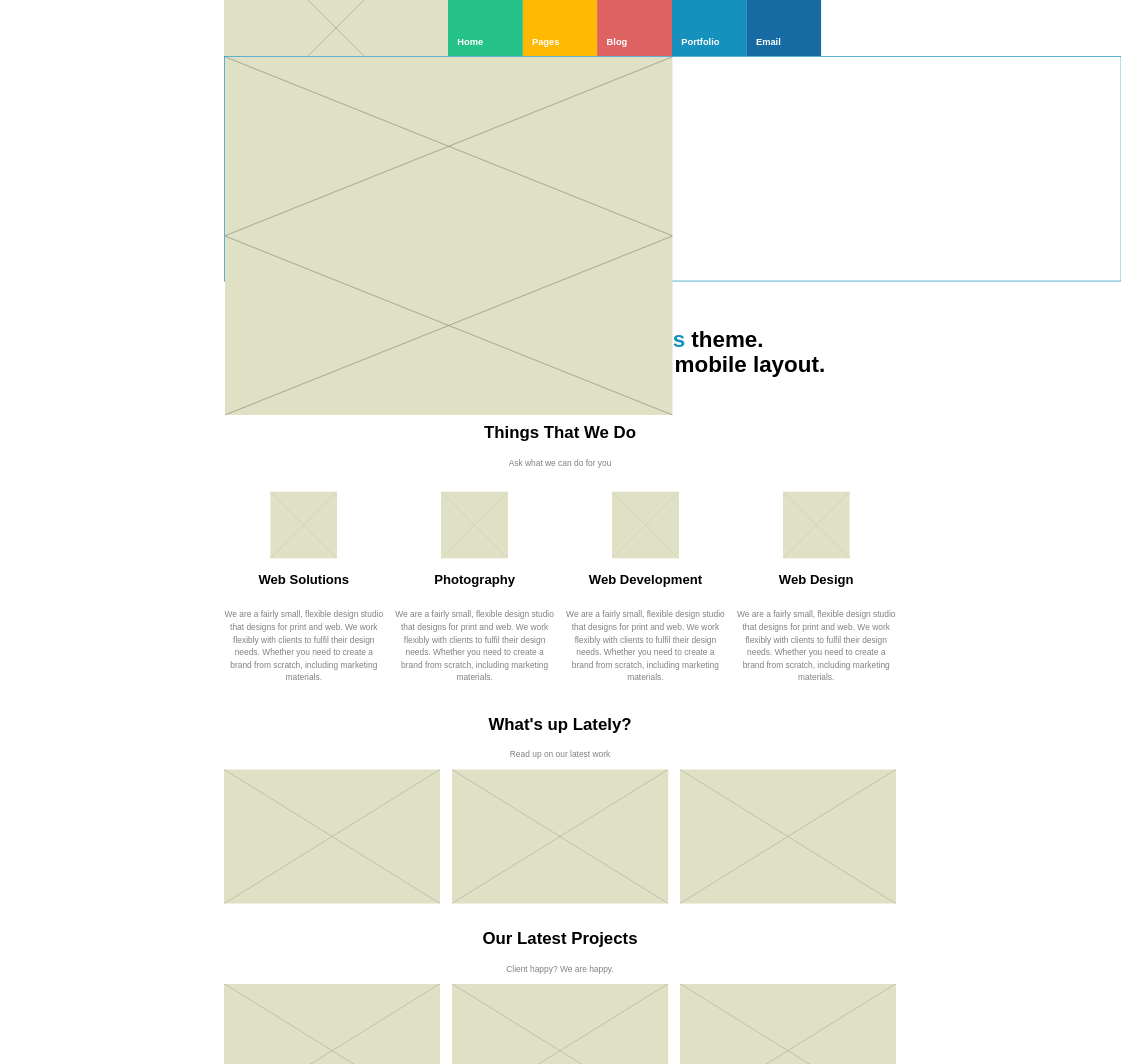
Repository: pjiang604/mdia2003-lab03b
Page: index.html
An editor plug-in stored every save of this project. The page is shown before and after the next save, followed by the edit.
The browser window is 1280 px wide. The page is 1602 px wide, then 1290 px, so the pictures cover 1602 px, including what lies to the right of the window. The pictures show the part of the page from y = 0 to 1520 px (the page is 2722 px tall before and 2730 px after), at 70% of full size.

Above is the page before, as saved 2023-01-31 20:46:57.

### index.html
<!DOCTYPE html>
<html lang="en">

<head>
    <meta charset="UTF-8">
    <meta http-equiv="X-UA-Compatible" content="IE=edge">
    <meta name="viewport" content="width=device-width, initial-scale=1.0">
    <title>Metrolics</title>
    <link rel="stylesheet" href="style.css">
    <link rel="preconnect" href="https://fonts.google.com/specimen/Ubuntu?query=ubuntu">
</head>

<body>
    <nav>
        <div class="nav row l-col-6-1 m-col-6-1 s-col-2-2">
            <div class="col">
                <img src="img/placeholder.svg" alt="logo" class="logo">
            </div>
            <a href="/">
                <div class="col hide navTab homeTab">
                    <h5>Home</h5>
                </div>
            </a>
            <a href="/">
                <div class="col hide navTab pagesTab">
                    <h5> Pages</h5>
                </div>
            </a>
            <a href="/">
                <div class="col hide navTab blogTab">
                    <h5>Blog</h5>
                </div>
            </a>
            <a href="/">
                <div class="col hide navTab portfolioTab">
                    <h5>Portfolio</h5>
                </div>
            </a>
            <a href="/">
                <div class="col hide navTab emailTab">
                    <h5>Email</h5>
                </div>
            </a>
            <div class="col hamburger">
                <p>[HAM MENU]</p>
            </div>
        </div>
    </nav>

    <div class="carousel hide">
        <div class="carouselSlides">
            <img class="carouselPicture" src="img/placeholder.svg">
        </div>
        <div class="carouselSlides">
            <img class="carouselPicture" src="img/placeholder.svg">
        </div>
    </div>

    <main>
    <div class="tagLine">
        <h1>Hey guys! This is the <span class="metroColor">Metrolics</span> theme.<br> It sports a responsive layout
            with a mobile layout.</h1>
    </div>

    <div class="services-section">
        <div class="col headerMargin">
            <h2>Things That We Do</h2>
            <p>Ask what we can do for you</p>
        </div>
        <div class="row l-col-4-1 m-col-2-1 s-col-1-4">
            <div class="col card">
                <img src="img/placeholder.svg" class="serviceImg" alt="">
                <h3>Web Solutions</h3>
                <p>We are a fairly small, flexible design studio that designs for print and web. We work flexibly with
                    clients to fulfil their design needs. Whether you need to create a brand from scratch, including
                    marketing materials.</p>
            </div>
            <div class="col card">
                <img src="img/placeholder.svg" class="serviceImg" alt="">
                <h3>Photography</h3>
                <p>We are a fairly small, flexible design studio that designs for print and web. We work flexibly with
                    clients to fulfil their design needs. Whether you need to create a brand from scratch, including
                    marketing materials.</p>

            </div>
            <div class="col card">
                <img src="img/placeholder.svg" class="serviceImg" alt="">
                <h3>Web Development</h3>
                <p>We are a fairly small, flexible design studio that designs for print and web. We work flexibly with
                    clients to fulfil their design needs. Whether you need to create a brand from scratch, including
                    marketing materials.</p>
            </div>
            <div class="col card">
                <img src="img/placeholder.svg" class="serviceImg" alt="">
                <h3>Web Design</h3>
                <p>We are a fairly small, flexible design studio that designs for print and web. We work flexibly with
                    clients to fulfil their design needs. Whether you need to create a brand from scratch, including
                    marketing materials.</p>
            </div>
        </div>
    </div>
    <div class="recent-news headerMargin">
        <div class="col">
            <h2>What's up Lately?</h2>
            <p>Read up on our latest work</p>
        </div>
        <div class="row l-col-3-1 m-col-2-1 s-col-1-4">
            <div class="col">
                <img src="img/placeholder.svg" class="image-post" alt="">
            </div>
            <div class="col">
                <img src="img/placeholder.svg" class="image-post" alt="">
            </div>
            <div class="col">
                <img src="img/placeholder.svg" class="image-post" alt="">
            </div>
            <div class="hidden-photo">
                <img src="img/placeholder.svg" class="image-post" alt="">
            </div>
        </div>
    </div>
    <div class="latest-projects-section headerMargin">
        <div class="col">
            <h2>Our Latest Projects</h2>
            <p>Client happy? We are happy.</p>
        </div>
        <div class="row l-col-3-1 m-col-2-1 s-col-1-1">
            <div class="col">
                <img src="img/placeholder.svg" class="image-post" alt="">
            </div>
            <div class="col">
                <img src="img/placeholder.svg" class="image-post" alt="">
            </div>
            <div class="col">
                <img src="img/placeholder.svg" class="image-post" alt="">
            </div>
            <div class="col">
                <img src="img/placeholder.svg" class="image-post" alt="">
            </div>
            <div class="col">
                <img src="img/placeholder.svg" class="image-post" alt="">
            </div>
            <div class="col">
                <img src="img/placeholder.svg" class="image-post" alt="">
            </div>
        </div>
    </div>

    <div class="col headerMargin">
        <h2>Things of Above</h2>
        <p>Misc stuff we could not put anyplace else</p>
    </div>
    <div class="row accordion l-col-2-1 m-col-1-2 s-col-1-1">
        <div class="col">
            <p>[ACCORDION HERE]</p>
        </div>
        <div class="col">
            <p>[TABS HERE]</p>
        </div>
    </div>



    <div class="row companies l-col-5-1 m-col-5-1">
        <div class="col">
            <img src="img/placeholder.svg" class="comp-logo" alt="">
        </div>
        <div class="col">
            <img src="img/placeholder.svg" class="comp-logo" alt="">
        </div>
        <div class="col">
            <img src="img/placeholder.svg" class="comp-logo" alt="">
        </div>
        <div class="col">
            <img src="img/placeholder.svg" class="comp-logo" alt="">
        </div>
        <div class="col">
            <img src="img/placeholder.svg" class="comp-logo" alt="">
        </div>
    </div>
</main>

    <footer>

        <div class="row l-col-2-4 m-col-2-4 s-col-2-1 author">
            <div class="col">
                <img src="img/placeholder.svg" class="headshot" alt="">
            </div>
            <div class="col">
                <h5>Peewee Herman</h5>
                <p>Peewee has over 10 years expeience in the industry. He is our Creative Director, digital designer,
                    web designer and front-end developer. He is also pretty good with a sketch-book. Before starting the
                    company Peewee worked as a designer and studio manager for a design house who boasted a number of
                    big name clients.</p>
            </div>
        </div>

        <div class="row l-footer-grid m-row m-footer-grid">
            <div class="col about-socials">
                <h3 class="m-row hide">About Us</h3>
                <p class="m-row hide">Lorem ipsum dolor sit amet consectetur adipisicing elit. Neque, illo! Deserunt quo
                    nostrum
                    quaerat, cum dolores aut. Recusandae voluptates, nisi a explicabo, in autem vitae eius iste
                    temporibus dolorem corporis.</p>
                <div class="row l-col-5-1 m-col-5-1 s-col-5-1">
                    <div class="col">
                        <img src="img/placeholder.svg" class="social-img" alt="">
                    </div>
                    <div class="col">
                        <img src="img/placeholder.svg" class="social-img" alt="">
                    </div>
                    <div class="col">
                        <img src="img/placeholder.svg" class="social-img" alt="">
                    </div>
                    <div class="col">
                        <img src="img/placeholder.svg" class="social-img" alt="">
                    </div>
                    <div class="col">
                        <img src="img/placeholder.svg" class="social-img" alt="">
                    </div>
                </div>
            </div>

            <div class="col flickr">
                <h3>Flickr Photos</h3>
                <div class="row l-col-3-1 m-col-3-1">
                    <div class="col">
                        <img src="img/placeholder.svg" class="flickr-img" alt="">
                    </div>
                    <div class="col">
                        <img src="img/placeholder.svg" class="flickr-img" alt="">
                    </div>
                    <div class="col">
                        <img src="img/placeholder.svg" class="flickr-img" alt="">
                    </div>
                    <div class="col">
                        <img src="img/placeholder.svg" class="flickr-img" alt="">
                    </div>
                    <div class="col">
                        <img src="img/placeholder.svg" class="flickr-img" alt="">
                    </div>
                    <div class="col">
                        <img src="img/placeholder.svg" class="flickr-img" alt="">
                    </div>
                </div>
            </div>

            <div class="row live-social m-col">
                <div>
                    <h3>Recent Tweets</h3>
                </div>
                <div>
                    <p>[TWEET TEXT]</p>
                </div>
                <div>
                    <p>[TWEET TEXT]</p>
                </div>
            </div>

            <div class="col newsletter">
                <div class="row m-col-1-1">
                    <h3>Newsletter</h3>
                    <div class="col">
                        <p>Lorem ipsum, dolor sit amet consectetur adipisicing elit. Quam, iusto provident labore quos
                            ipsa
                            voluptas.</p>
                    </div>
                    <div class="col">
                        <label for="email">Enter your Email...</label>
                        <input type="email" id="email">
                    </div>

                </div>
            </div>
        </div>

        <div class="row footer-decor">
            <div class="decor"></div>
            <div class="decor"></div>
            <div class="decor"></div>
            <div class="decor"></div>
            <div class="decor"></div>
        </div>

    </footer>

</body>



</html>

### style.css
:root {
    --green: #25c389;
    --yellow: #ffb901;
    --red: #de6262;
    --lightBlue: #1691bd;
    --darkBlue: #166ba2;
    --navy: #16242f;

}

html {
    height: 100vh;
    width: 100vw;


}

body {
    width: 60em;
    margin: 0 20em;
    box-sizing: border-box;
}


.headerMargin {
    margin: 2em 0;
}

nav,
main {
    font-family: Ubuntu, sans-serif;
    font-weight: 300;
    text-decoration: none;
    text-align: center;
}

p {
    font-size: 12px;
    color: grey;
    line-height: 1.5em;
}

a {
    text-decoration: none;
}

.row {
    display: grid;
    row-gap: 1rem;
}

.col {
    position: relative;
}

.flickr-img {
    width: 100%;
}


.social-img {
    width: 100%;
}


.footer-decor {
    grid-template-columns: 3fr 1fr 1fr 1fr 1fr 1fr;
}


/*Nav Bar*/

.nav {
    height: 5em;
}

nav h5 {
    color: white;
    position: absolute;
    bottom: 0;
    padding: 1em;
    margin: 0;
}

.logo {
    width: 100%;
    height: 5em;
    object-fit: cover;
}

.navTab {
    height: 5em;
    display: flex;
}

.homeTab {
    background-color: var(--green);
}

.pagesTab {
    background-color: var(--yellow);
}

.blogTab {
    background-color: var(--red);
}

.portfolioTab {
    background-color: var(--lightBlue);
}

.emailTab {
    background-color: var(--darkBlue);
}

.hamburger {
    display: none;
}

/*Carousel*/

.carousel {
    height: 20em;
    width:100vw;
    border: 1px solid var(--lightBlue);
    position:relative;
    justify-content:center;
}

.carouselPicture img {
    object-fit:cover;
    width: 50em;
    height: 50em;
}

.carouselPicture {
    width:50vw;
    height:20vw;
    display:flex;
    align-items:center;
}

/*Tag Line*/
.tagLine {
    margin: 4em 0;
}

.metroColor {
    color: var(--lightBlue);
}

/*Services Section*/

.serviceImg {
    height: 6em;
    width: 6em;
    object-fit: cover;
}

.card {
    display: flex;
    flex-direction: column;
    align-items: center;
}

/*Recent News*/
.image-post {
    width: 100%;
    height: 12em;
}

/*Accordion*/
.accordion {
    height: 20em;
    border: 1px solid var(--lightBlue);
}

/*Companies*/
.companies {
    column-gap: 2em;
    margin: 1em 0;
}

.comp-logo {
    width: 100%;
    height: 4em;
    object-fit: cover;
}

/*FOOTER*/

footer {
    background: var(--navy);
    color: white;
    font-family: Ubuntu, sans-serif;
    font-weight: 300;
    text-decoration: none;
    width: 100%;
}


footer p {
    color: white;
}

.headshot {
    width: 4em;
    height: 4em;
    object-fit: cover;
    border-radius: 100%;
}

/** small/mobile version */
@media screen and (max-width:29.9375em) {
    .row {
        max-width: 70em;
        column-gap: .5rem;
        row-gap: 1.5rem;
        margin: 0 auto;

    }

    .hide,
    .flickr,
    .newsletter,
    .companies {
        display: none;
    }

    .hamburger {
        display: contents;
    }

    .s-col-1-4 {
        grid-template-columns: 4fr;
    }

    .s-col-2-2 {
        grid-template-columns: repeat(2, 2fr);
    }

    .s-col-1-1 {
        grid-template-columns: 1fr;
    }

    .s-col-5-1 {
        grid-template-columns: repeat(5, 1fr);
    }

    .s-col-2-1 {
        grid-template-columns: repeat(2, 1fr);
    }

    .footer-grid {
        display: none;
    }

    .hidden-photo {
        display: content;
        background-color: orange;
    }

    .accordion {
        display: none;
    }
}

/** medium and up. applicable for both tablet and mobile version */
@media screen and (max-width:30em) {
    .carousel {
        display: none;
    }

    .image-post.hide {
        display: contents;
    }

    .hidden-photo {
        display: content;
        background-color: orange;
    }

}

/** medium only */
@media screen and (min-width:40em) and (max-width:63.9375em) {

    .hide {
        display: contents;
    }

    .m-footer-grid {
        grid-template-columns: repeat(2, 1fr);
    }

    .m-row {
        display: grid;
        row-gap: 1rem;
    }

    .m-col {
        position: relative;
    }

    .m-col-6-1 {
        grid-template-columns: 3fr 1fr 1fr 1fr 1fr 1fr;
    }

    .m-col-2-1 {
        grid-template-columns: repeat(2, 1fr);
        column-gap: 1rem;
    }

    .m-col-5-1 {
        grid-template-columns: repeat(5, 1fr);
        column-gap: 1rem;
    }

    .m-col-2-4 {
        grid-template-columns: 1fr 4fr;
    }

    .m-col-3-1 {
        grid-template-columns: repeat(3, 1fr);
        column-gap: 1rem;
    }

    .m-col-1-1 {
        grid-template-columns: 1fr
    }

    .m-col-1-2 {
        grid-template-columns: repeat(1, 2fr);
    }

    .hidden-photo {
        display: content;
        background-color: orange;
    }

}

/** large only */
@media screen and (min-width:64em) {

    .l-col-6-1 {
        grid-template-columns: 3fr 1fr 1fr 1fr 1fr 1fr 1fr;
    }

    .l-col-4-1 {
        grid-template-columns: repeat(4, 1fr);
        column-gap: 1rem;
    }

    .l-col-3-1 {
        grid-template-columns: repeat(3, 1fr);
        column-gap: 1rem;
    }

    .l-col-5-1 {
        grid-template-columns: repeat(5, 1fr);
    }

    .l-col-2-4 {
        grid-template-columns: 1fr 4fr;
    }

    .l-col-3-1 {
        grid-template-columns: repeat(3, 1fr);
        column-gap: 1rem;
    }

    .l-col-2-1 {
        grid-template-columns: repeat(2, 1fr);
        column-gap: 1rem;
    }

    .image-post.hide {
        display: none;
    }

    .l-footer-grid {
        grid-template-columns: repeat(4, 1fr);
    }

    .hidden-photo {
        display: none;
    }

}

### img/placeholder.svg
<!-- Created with PhotoLine 21.40B9 (www.pl32.com) -->
<!DOCTYPE svg PUBLIC "-//W3C//DTD SVG 1.1//EN" "http://www.w3.org/Graphics/SVG/1.1/DTD/svg11.dtd"[]>
<svg width="1024" height="1024" version="1.1" xmlns="http://www.w3.org/2000/svg" xmlns:xlink="http://www.w3.org/1999/xlink">
  <g id="Square/Rectangle">
    <rect fill="#e0e0c4" fill-rule="evenodd" width="1024" height="1024" />
  </g>
  <path stroke-width="2" stroke-miterlimit="10" fill="none" stroke="#808080" d="M0 0 L1024 1024" />
  <g transform="matrix(0 1 -1 0 1024 0)">
    <path transform="matrix(-0 -1.000001 1.000001 -0 0.000153 1024.000854)" stroke-width="2" stroke-miterlimit="10" fill="none" stroke="#808080" d="M1024 -0 L0 1024" />
  </g>
</svg>

After the next save:
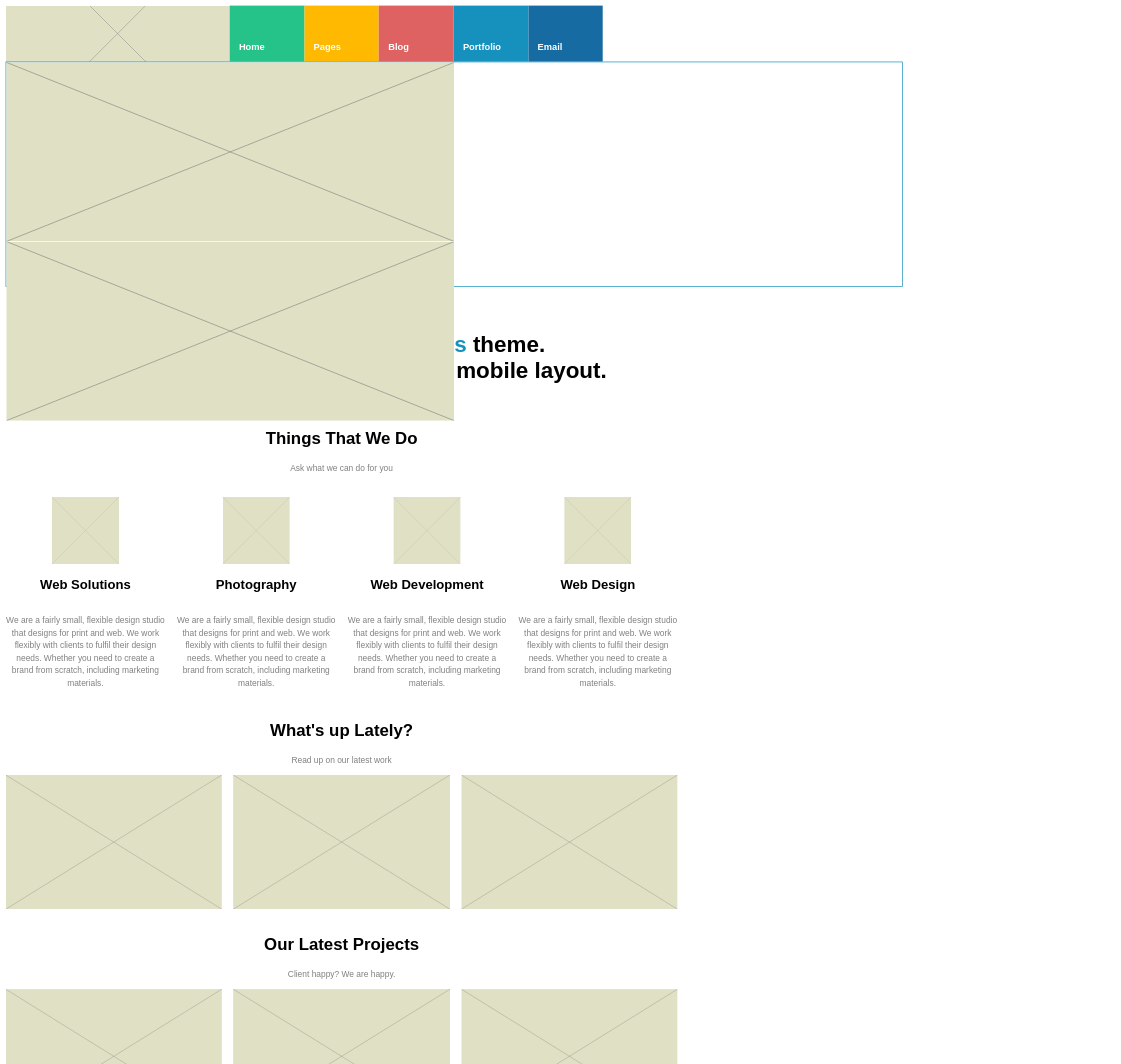
Saved 16 s later.
--- a/style.css
+++ b/style.css
@@ -17,7 +17,6 @@ html {
 
 body {
     width: 60em;
-    margin: 0 20em;
     box-sizing: border-box;
 }
 
